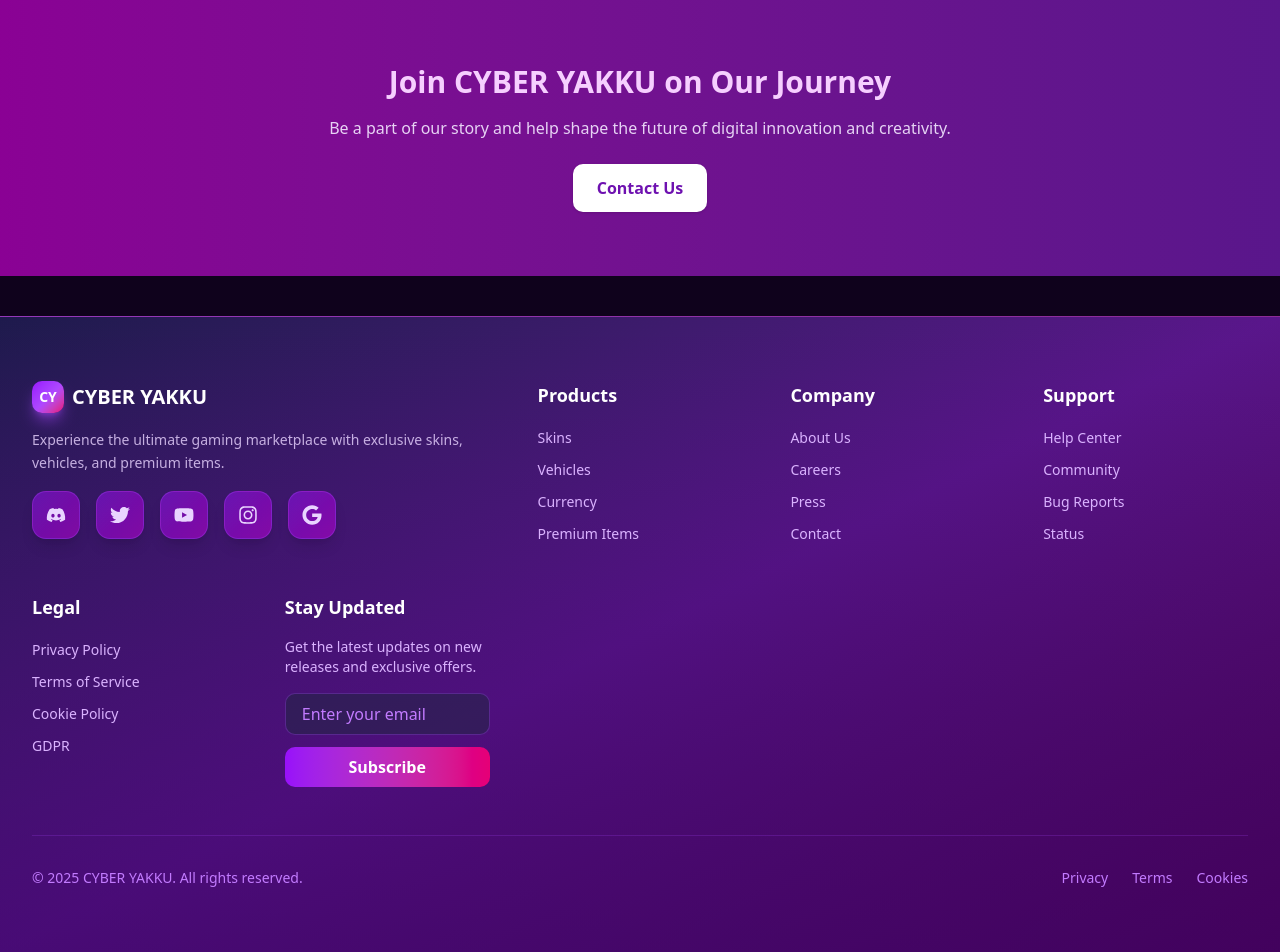
Repository: chamodya-hirusha/mta_sa_cyber_yakku_web
Page: /about
These files come from the project's save history. The page is drawn as it stood at one moment and after the next save; the edit follows.
The browser window is 1280 px wide. The pictures show the part of the page from y = 1913 to 2865 px (the page is 2865 px tall).
The project was rebuilt for these pictures with package versions that can differ from the ones it lists, and the page was loaded fresh each time. The framework's server and built-in components were replaced by stand-ins that run in the browser. Also part of the build but not shown: next.config.mjs, components/header/layout/SideNavHeader.jsx, components/user/UserProfileSection.jsx, components/navigation/NavigationLinks.jsx, components/navigation/CollapsibleMenu.jsx, components/header/actions/themesdropdownbtn.jsx, components/navigation/AdditionalMenu.jsx, components/ui/dialog.jsx and 2 more.

Above is the page before, as saved 2025-10-20 12:23:46.

After the next save:
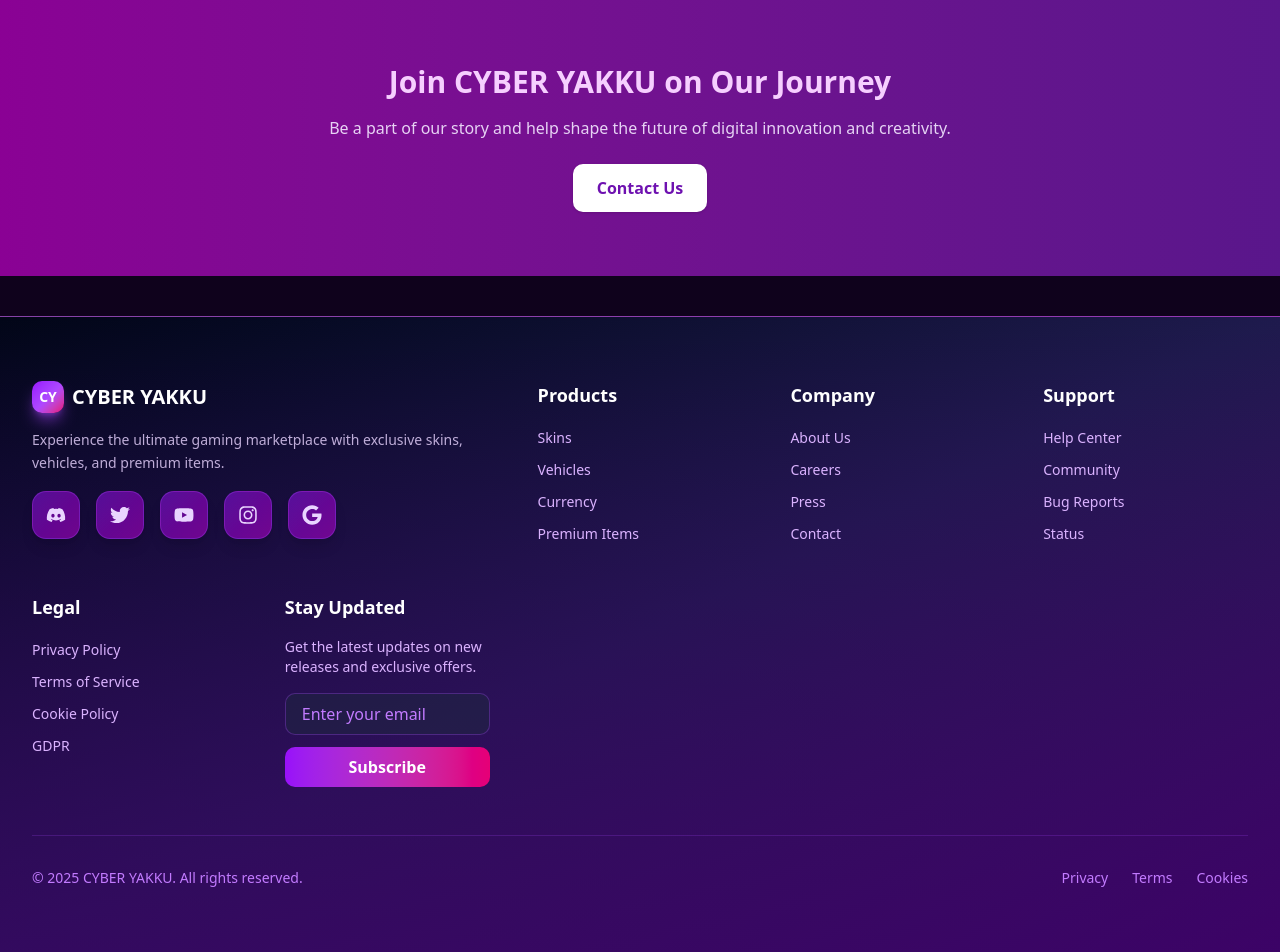
Saved 18 s later.
--- a/components/footer/Footer.jsx
+++ b/components/footer/Footer.jsx
@@ -7,12 +7,13 @@ import { footerData } from "../../lib/footerData";
 
 export default function Footer() {
   return (
-    <footer className="relative bg-gradient-to-br from-indigo-950 via-purple-900 to-fuchsia-950 border-t border-fuchsia-400/40 overflow-hidden">
-      {/* Background Effects */}
-      <div className="absolute inset-0 bg-[radial-gradient(ellipse_at_top_right,_var(--tw-gradient-stops))] from-purple-700/25 via-transparent to-indigo-900/20"></div>
-      <div className="absolute inset-0 bg-[radial-gradient(ellipse_at_bottom_left,_var(--tw-gradient-stops))] from-violet-800/20 via-transparent to-purple-900/25"></div>
-      <div className="absolute inset-0 bg-gradient-to-t from-purple-950/60 to-transparent"></div>
-      <div className="absolute inset-0 bg-[radial-gradient(circle_at_center,_var(--tw-gradient-stops))] from-purple-600/5 via-transparent to-transparent"></div>
+    <footer className="relative bg-gradient-to-br from-slate-950 via-indigo-950 to-purple-950 border-t border-fuchsia-400/50 overflow-hidden">
+      {/* Enhanced Background Effects */}
+      <div className="absolute inset-0 bg-[radial-gradient(ellipse_at_top_right,_var(--tw-gradient-stops))] from-purple-700/30 via-transparent to-indigo-900/25"></div>
+      <div className="absolute inset-0 bg-[radial-gradient(ellipse_at_bottom_left,_var(--tw-gradient-stops))] from-violet-800/25 via-transparent to-purple-900/30"></div>
+      <div className="absolute inset-0 bg-gradient-to-t from-purple-950/70 to-transparent"></div>
+      <div className="absolute inset-0 bg-[radial-gradient(circle_at_center,_var(--tw-gradient-stops))] from-fuchsia-600/10 via-transparent to-transparent"></div>
+      <div className="absolute inset-0 bg-[conic-gradient(from_0deg_at_50%_50%,_transparent_0deg,_purple-900/10_90deg,_transparent_180deg,_fuchsia-900/10_270deg,_transparent_360deg)]"></div>
 
       <div className="relative max-w-7xl mx-auto px-4 sm:px-6 lg:px-8 py-12 lg:py-16 z-10">
         {/* Main Footer Content */}
